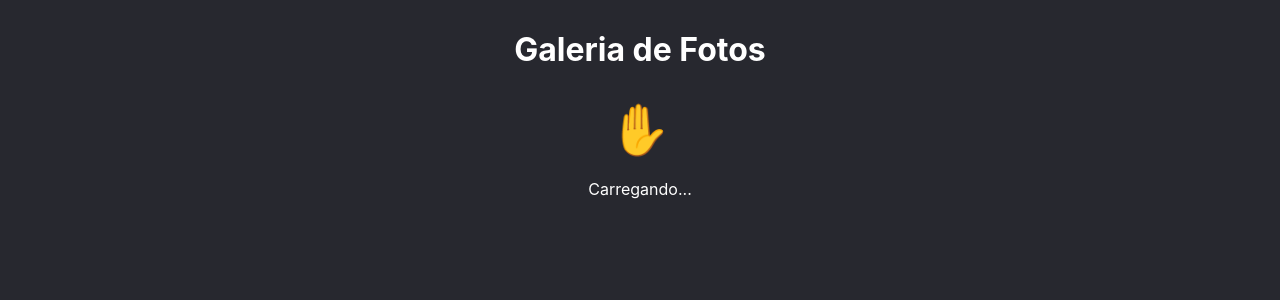
Repository: coderlucianasena/photo-gallery
Page: /
An editor plug-in stored every save of this project. The page is shown before and after the next save, followed by the edit.
The browser window is 1280 px wide. The pictures show the whole page.
The page's requests for data from a server got no answer. The project was rebuilt for these pictures with package versions that can differ from the ones it lists, and the page was loaded fresh each time. No one was signed in, and anything a server would have sent is missing. Imported but missing from the stored project, and not drawn on this page: src/components/PhotoItem.

Above is the page before, as saved 2023-02-26 16:08:55.

### src/App.tsx
import { useState, useEffect } from 'react';
import * as C from './App.styles';
import * as Photos from './services/photos';
import { Photo } from './types/Photo';
import { PhotoItem } from './components/PhotoItem';

const App = () => {
  const [loading, setLoading] = useState(false);
  const [photos, setPhotos] = useState<Photo[]>([]);

  useEffect(() => {
    const getPhotos = async () => {
      setLoading(true);
      setPhotos(await Photos.getAll());
      setLoading(false);
    }
    getPhotos();
  }, []);

  return (
    <C.Container>
      <C.Area>
        <C.Header>Galeria de Fotos</C.Header>

        {/* Área de Upload */}

        {loading &&
          <C.ScreenWarning>
            <div className="emoji">✋</div>
            <div>Carregando...</div>
          </C.ScreenWarning>
        }

        {!loading && photos.length > 0 &&
          <C.PhotoList>
            {photos.map((item, index) => (
              <PhotoItem key={index} url={item.url} name={item.name} />
            ))}
          </C.PhotoList>
        }

        {!loading && photos.length === 0 &&
          <C.ScreenWarning>
            <div className="emoji">😞</div>
            <div>Não há fotos cadastradas.</div>
          </C.ScreenWarning>
        }
      </C.Area>
    </C.Container>
  );
}

export default App;

### src/App.styles.ts
import styled from "styled-components";

export const Container = styled.div`
    background-color: #27282F;
    color: #FFF;
    min-height: 100vh;
    `;

export const Area = styled.div`
    margin: auto;
    max-width: 980px;
    padding: 30px 0;
`;

export const Header = styled.h1`
    margin: 0;
    padding: 0;
    text-align: center;
    margin-bottom: 30px;
`;

export const ScreenWarning = styled.div`
    text-align: center;

    .emoji {
        font-size: 50px;
        margin-bottom: 20px;
    }
`;

export const PhotoList = styled.div`
    display: grid;
    grid-template-columns: repeat(4, 1fr);
    gap: 10px;
`;

export const UploadForm = styled.div`

`;

### src/services/photos.ts
import { Photo } from '../types/Photo';
import { storage } from '../libs/firebase';
import { ref, listAll, getDownloadURL } from 'firebase/storage';

export const getAll = async () => {
    let list: Photo[] = [];

    const imagesFolder = ref(storage, "images");
    const photoList = await listAll(imagesFolder);

    for (let i in photoList.items) {
        let photoUrl = await getDownloadURL(photoList.items[i]);

        list.push({
            name: photoList.items[i].name,
            url: photoUrl,
        });
    }
    return list;
}

### src/libs/firebase.ts
import { initializeApp } from 'firebase/app';
import { getStorage } from 'firebase/storage';

const firebaseConfig = {
    apiKey: process.env.REACT_APP_FIREBASE_APIKEY,
    authDomain: process.env.REACT_APP_FIREBASE_AUTHDOMAIN,
    projectId: process.env.REACT_APP_FIREBASE_PROJECTID,
    storageBucket: process.env.REACT_APP_FIREBASE_STORAGEBUCKET,
    messagingSenderId: process.env.REACT_APP_FIREBASE_MESSEAGINGSENDERID,
    appId: process.env.REACT_APP_FIREBASE_APPID,
    measurementId:process.env.REACT_APP_FIREBASE_MEASUREMENTID
};

const firebaseApp = initializeApp(firebaseConfig);

export const storage = getStorage(firebaseApp);

Loaded but not shown: public/index.html (common file); src/index.tsx (common file); src/index.css (common file); src/reportWebVitals.ts (common file)

After the next save:
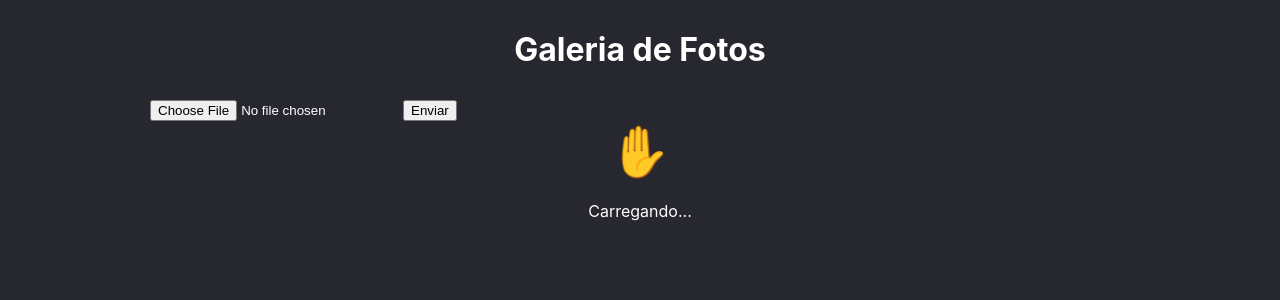
Saved 4 min 20 s later.
--- a/src/App.tsx
+++ b/src/App.tsx
@@ -17,12 +17,20 @@ const App = () => {
     getPhotos();
   }, []);
 
+  const handleFormSubmit = () => {
+
+  }
+
   return (
     <C.Container>
       <C.Area>
         <C.Header>Galeria de Fotos</C.Header>
 
-        {/* Área de Upload */}
+        <C.UploadForm method="POST" onSubmit={handleFormSubmit}>
+          <input type="file" name="image" />
+          <input type="submit" value="Enviar" />
+
+        </C.UploadForm>
 
         {loading &&
           <C.ScreenWarning>
